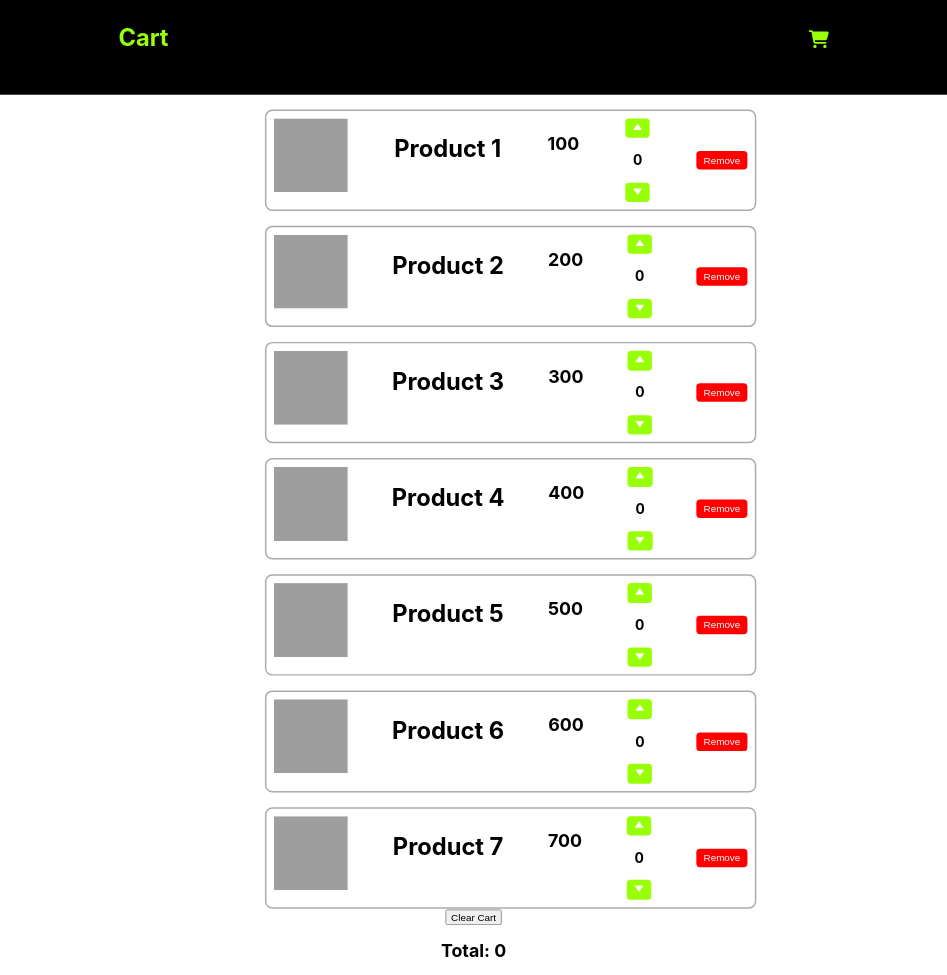
Repository: sriram1224/Cart-react-app
Page: /
An editor plug-in stored every save of this project. The page is shown before and after the next save, followed by the edit.
The browser window is 1280 px wide. The pictures show the whole page, at 74% of full size.
Pictures or frames that could not be fetched are drawn as grey boxes. The project was rebuilt for these pictures with package versions that can differ from the ones it lists, and the page was loaded fresh each time.

Above is the page before, as saved 2024-03-12 22:10:16.

After the next save:
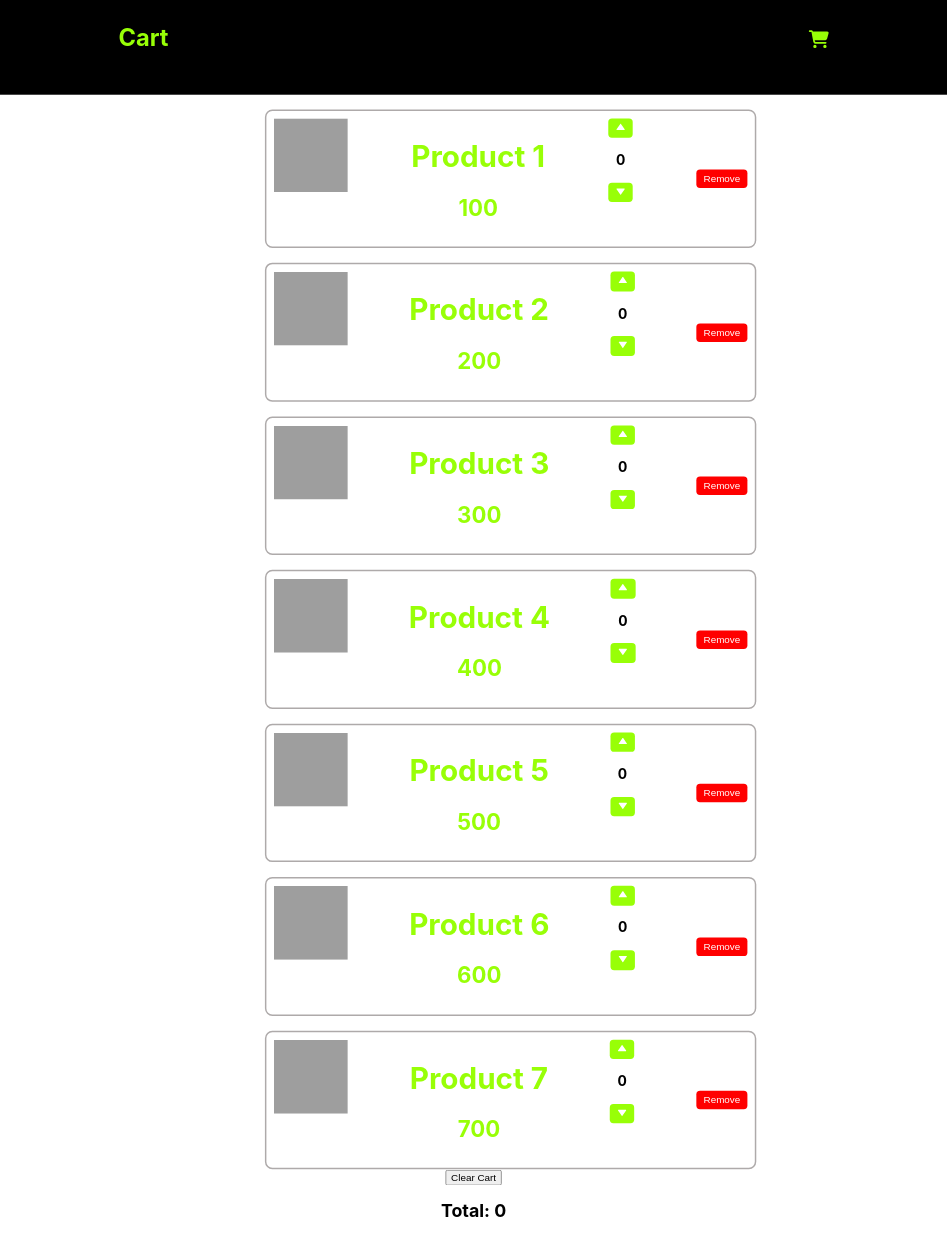
Saved 61 s later.
--- a/src/Components/cart.js
+++ b/src/Components/cart.js
@@ -70,8 +70,9 @@ function Cart() {
                     return (
                         <div className="product-container" key={index}>
                             <img src={product.image} alt={product.name} />
+                            <div className="text">
                             <h1>{product.name}</h1>
-                            <h2>{product.price}</h2>
+                            <h2>{product.price}</h2></div>
                             <div className="button-quantity">
                                 <button onClick={() => increaseQuantity(index)}>
                                     <BiSolidUpArrow />
--- a/src/Components/cart.css
+++ b/src/Components/cart.css
@@ -38,3 +38,8 @@
     border-radius: 5px;
     cursor: pointer;
 }
+
+.text{
+    font-size: 20px;
+    color: rgb(152, 255, 7);
+}
